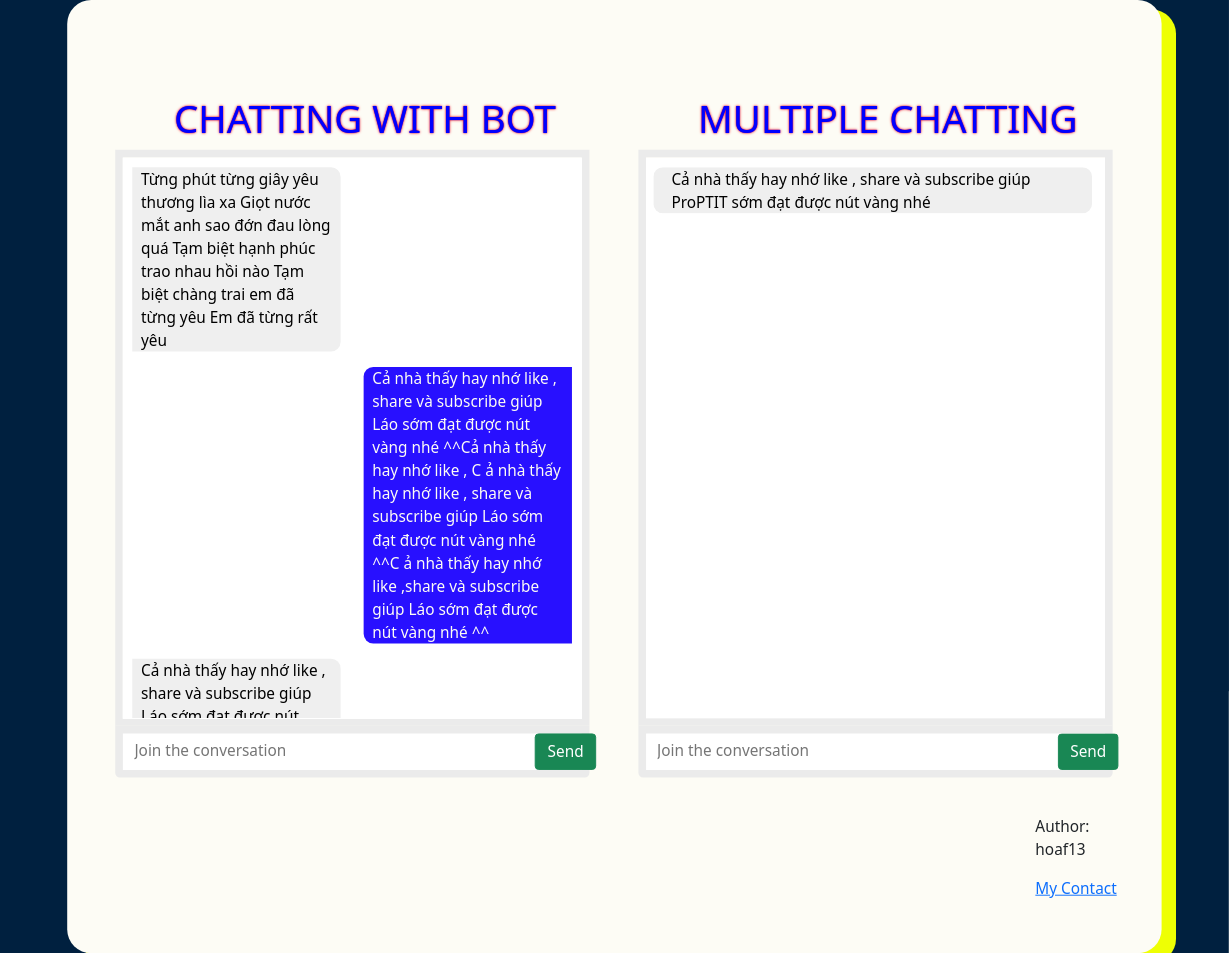
Repository: hoaf13/nlp-chatbot-lol
Page: http://localhost/
The author's editor kept a copy of each file at every save. The page is drawn from the files as they stood at one save, then again after a run of saves.
The browser window is 1280 px wide. The pictures show the whole page, at 96% of full size.
An inner scrolling area shows only its first screen. Some web libraries are served in a nearby version. The page is served by the project's application, run on Flask 3 (app/__init__.py).

Above is the page before, as saved 2021-01-24 19:06:45.

After the next 2 saves:
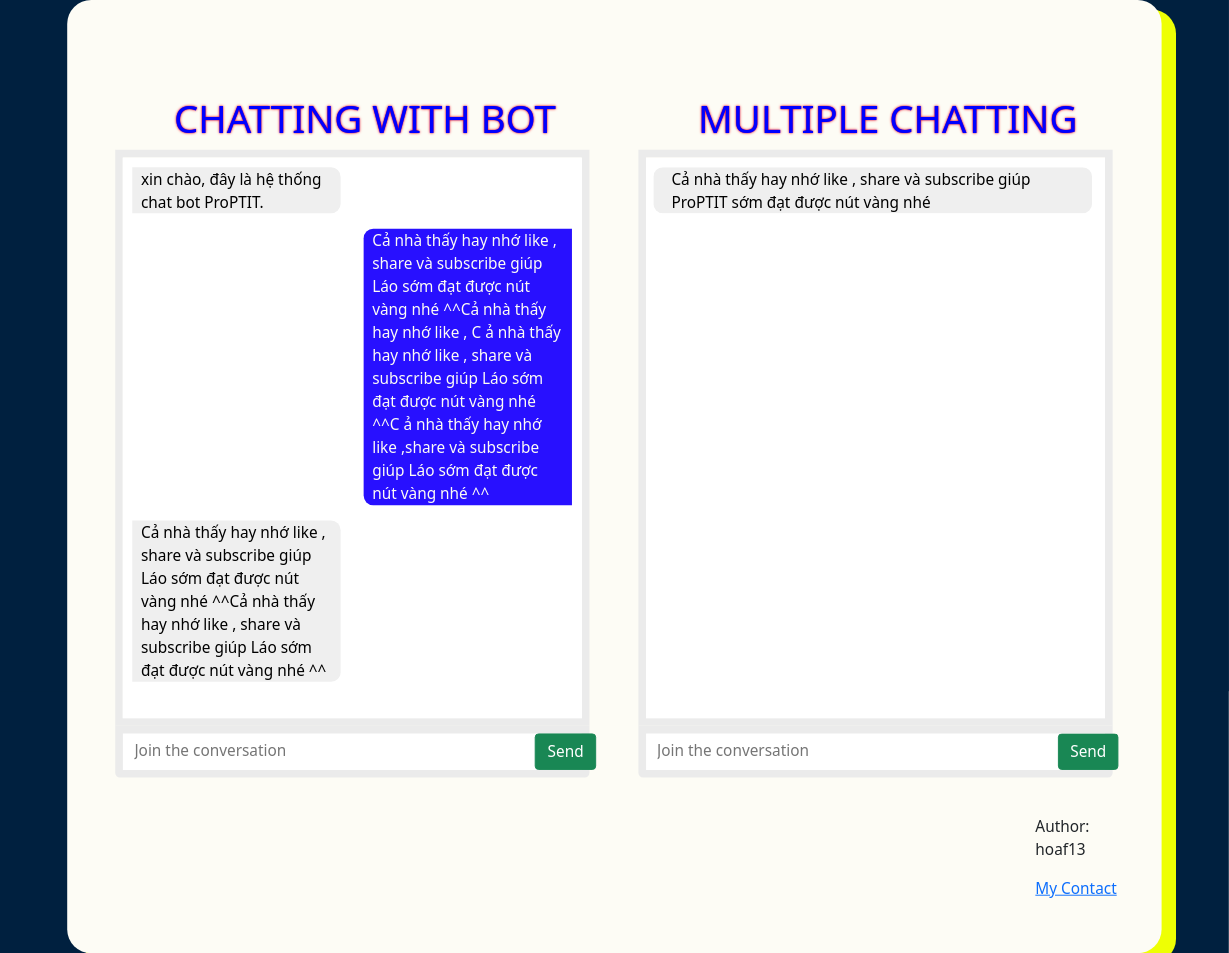
The 2 saves are shown as one change because they came seconds apart.
The last was saved 63 s later.
--- a/app/templates/pages/index.html
+++ b/app/templates/pages/index.html
@@ -53,11 +53,7 @@
                 <div class="row">
                   <div class="col-sm-6">
                     <p class="float-start box1">
-                      Từng phút từng giây yêu thương lìa xa
-                      Giọt nước mắt anh sao đớn đau lòng quá
-                      Tạm biệt hạnh phúc trao nhau hồi nào
-                      Tạm biệt chàng trai em đã từng yêu
-                      Em đã từng rất yêu
+                      xin chào, đây là hệ thống chat bot ProPTIT.
                     </p>
                   </div>
                   <div class="col-sm-6"><p class="float-end box2"></div>
